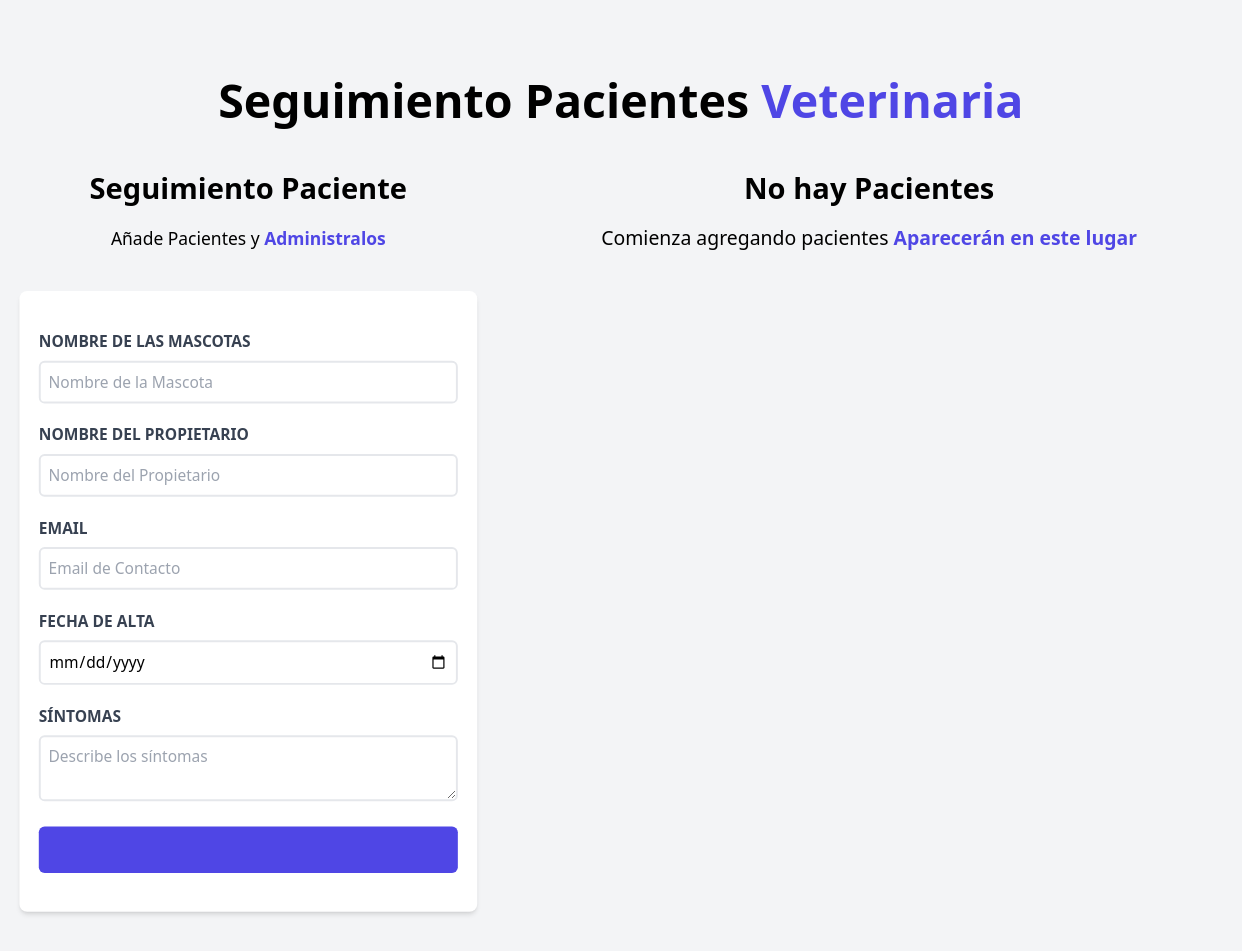
Repository: richardacb/citas_react_vite
Page: /
These files come from the project's save history. The page is drawn as it stood at one moment and after the next save; the edit follows.
The browser window is 1280 px wide. The pictures show the whole page, at 97% of full size.
The project was rebuilt for these pictures with package versions that can differ from the ones it lists, and the page was loaded fresh each time. Also part of the build but not shown: vite.config.js, src/components/Errores.jsx, src/components/Paciente.jsx.

Above is the page before, as saved 2022-12-19 19:01:13.

After the next save:
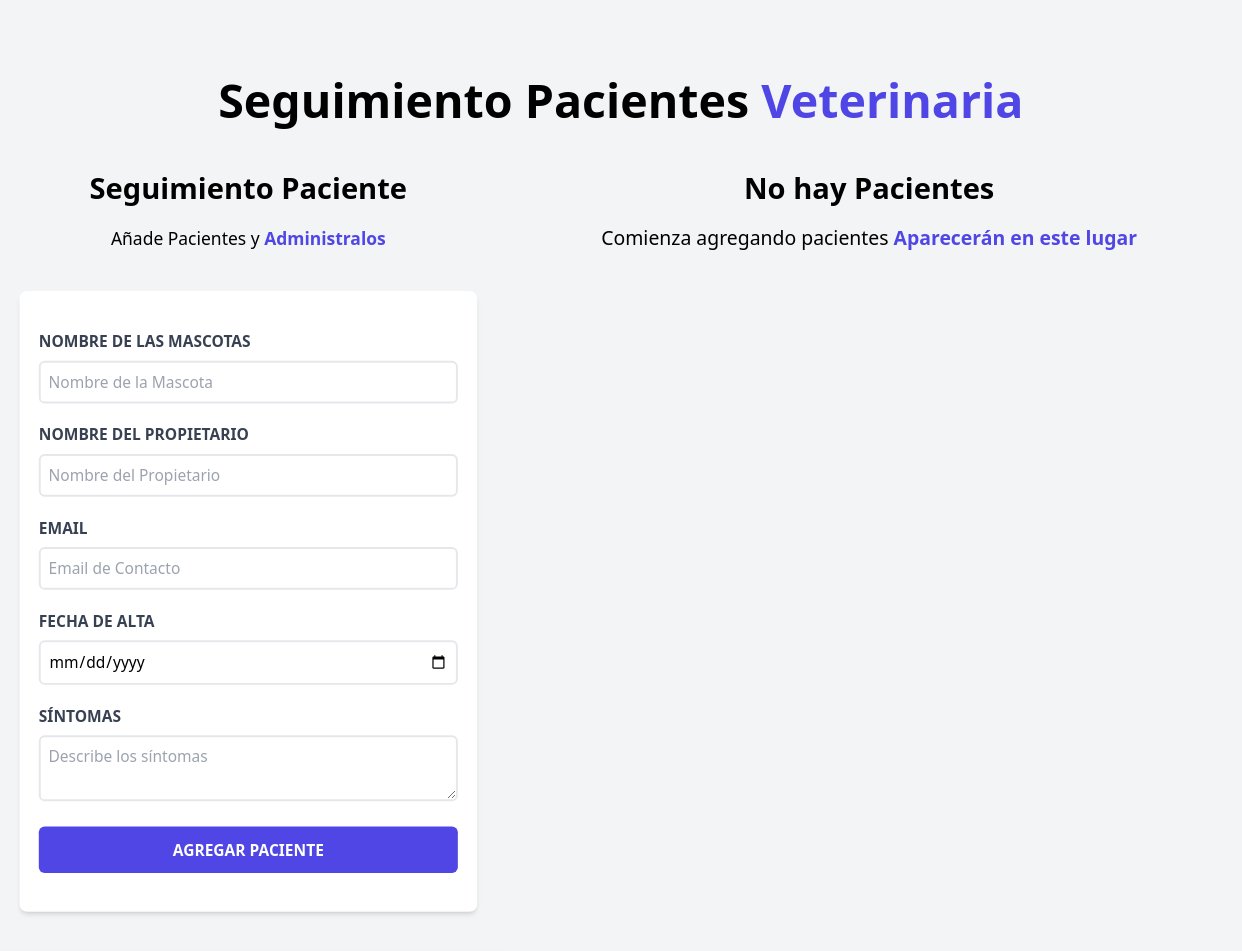
Saved 5 s later.
--- a/src/components/Formulario.jsx
+++ b/src/components/Formulario.jsx
@@ -176,7 +176,7 @@ const Formulario = ({ pacientes, setPacientes, paciente }) => {
         <input
           type="submit"
           className="bg-indigo-600 w-full p-3 text-white uppercase font-bold rounded-md hover:bg-indigo-800 cursor-pointer transition-opacity"
-          value={ paciente.id ? 'Editar Paciente' : ''}
+          value={ paciente.id ? 'Editar Paciente' : 'Agregar Paciente' }
         />
       </form>
     </div>
